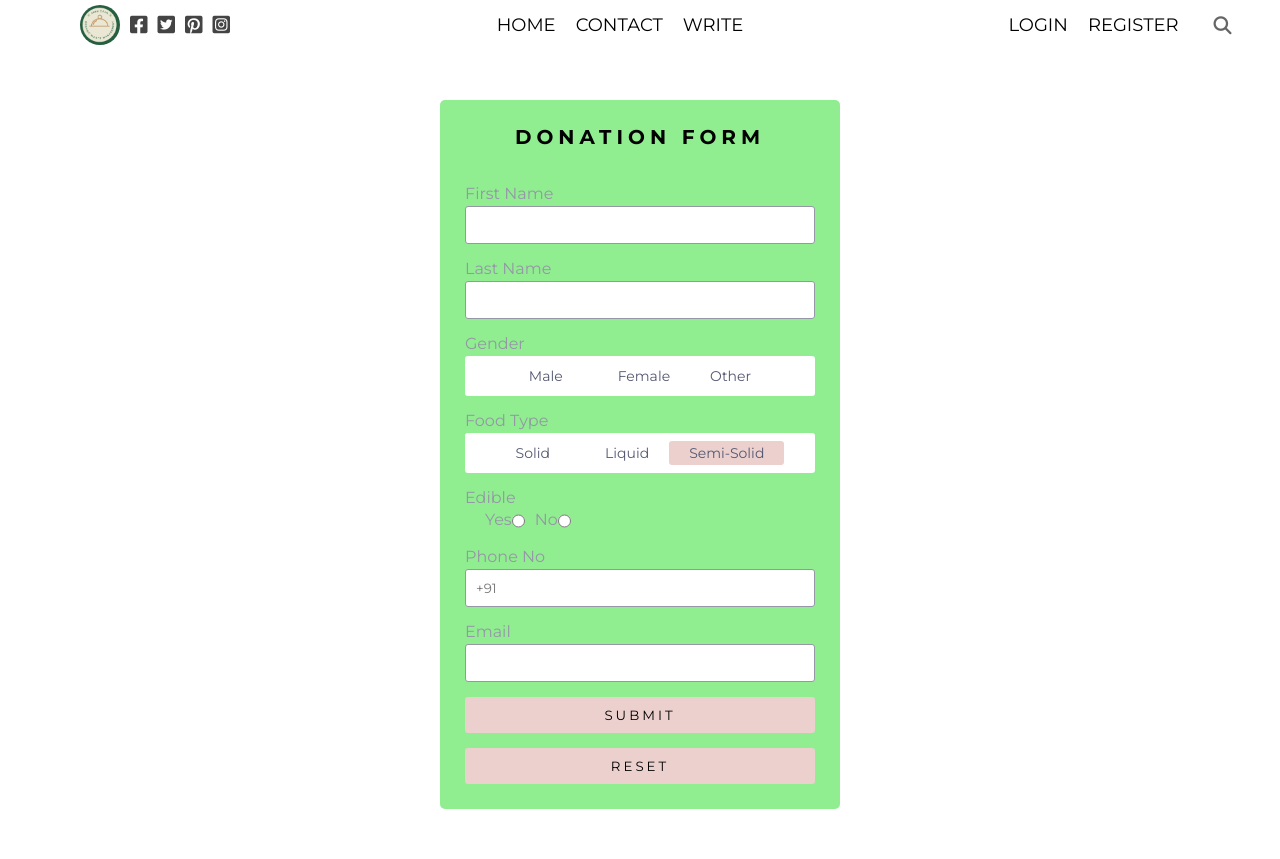
Repository: blsnabrhm/anna-daan
Page: /contact (app in client/)
These files come from the project's save history. The page is drawn as it stood at one moment and after the next save; the edit follows.
The browser window is 1280 px wide. The pictures show the whole page.
Some web libraries are served in a nearby version. The project was rebuilt for these pictures with package versions that can differ from the ones it lists, and the page was loaded fresh each time. Also part of the build but not shown: client/src/components/header/header.css, client/src/components/header/Header.jsx, client/src/components/posts/posts.css, client/src/components/posts/Posts.jsx, client/src/components/sidebar/sidebar.css, client/src/components/sidebar/SideBar.jsx, client/src/pages/home/home.css, client/src/pages/home/Home.jsx and 13 more. Imported but missing from the stored project, and not drawn on this page: client/src/components/post/Post.

Above is the page before, as saved 2022-04-22 08:31:35.

### client/public/index.html
<!DOCTYPE html>
<html lang="en">
  <head>
    <meta charset="utf-8" />
    <link rel="icon" href="%PUBLIC_URL%/favicon.ico" />
    <meta name="viewport" content="width=device-width, initial-scale=1" />
    <meta name="theme-color" content="#000000" />
    <meta
      name="description"
      content="Web site created using create-react-app"
    />
    <link rel="preconnect" href="https://fonts.googleapis.com">
    <link rel="preconnect" href="https://fonts.gstatic.com" crossorigin>
    <link href="https://fonts.googleapis.com/css2?family=Josefin+Sans:wght@100;200;300;400;500;600;700&family=Lora:ital@0;1&family=Varela&family=Varela+Round&display=swap" rel="stylesheet">
    <link rel="stylesheet" href="https://cdnjs.cloudflare.com/ajax/libs/font-awesome/6.1.1/css/all.min.css" integrity="sha512-KfkfwYDsLkIlwQp6LFnl8zNdLGxu9YAA1QvwINks4PhcElQSvqcyVLLD9aMhXd13uQjoXtEKNosOWaZqXgel0g==" crossorigin="anonymous" referrerpolicy="no-referrer" />
    <style>*{
      margin: 0;
    }</style>
    <style>
      .link {
        text-decoration: none;
        color: inherit;
      }
    </style>
    <title>Anna Daan</title>
  </head>
  <body>
    <noscript>You need to enable JavaScript to run this app.</noscript>
    <div id="root"></div>

  </body>
</html>

### client/src/index.js
import React from 'react';
import ReactDOM from 'react-dom/client';
import App from './App';
import { ContextProvider } from './context/Context';

const root = ReactDOM.createRoot(document.getElementById('root'));
root.render(
  <React.StrictMode>
    <ContextProvider>
    <App />
    </ContextProvider>
  </React.StrictMode>
);

### client/src/App.js
import Home from "./pages/home/Home";
import TopBar from "./components/topbar/TopBar";
import Single from "./pages/single/Single";
import Write from "./pages/write/Write";
import Settings from "./pages/settings/Settings";
import Login from "./pages/login/Login";
import Register from "./pages/register/Register";
import Contact from "./pages/contact/Contact";
import { BrowserRouter as Router, Switch, Route, Link } from "react-router-dom";
import { useContext } from "react";
import { Context } from "./context/Context";

function App() {
  const { user } = useContext(Context);
  return (
    <Router>
      <TopBar />
      <Switch>
        <Route exact path="/">
          <Home />
        </Route>
        <Route path="/register">{user ? <Home /> : <Register />}</Route>
        <Route path="/login">{user ? <Home /> : <Login />}</Route>
        <Route path="/Contact">{user ? <Contact />: <Contact/> }</Route>
        <Route path="/write">{user ? <Write /> : <Register />}</Route>
        <Route path="/settings">{user ? <Settings /> : <Register />}</Route>
        <Route path="/post/:postId">
          <Single />
        </Route>
      </Switch>
    </Router>
  );
}

export default App;

### client/src/context/Context.js
import { createContext, useEffect, useReducer } from "react";
import Reducer from "./Reducer";

const INITIAL_STATE = {
  user: JSON.parse(localStorage.getItem("user")) || null,
  isFetching: false,
  error: false,
};

export const Context = createContext(INITIAL_STATE);

export const ContextProvider = ({ children }) => {
  const [state, dispatch] = useReducer(Reducer, INITIAL_STATE);

  useEffect(() => {
    localStorage.setItem("user", JSON.stringify(state.user));
  }, [state.user]);

  return (
    <Context.Provider
      value={{
        user: state.user,
        isFetching: state.isFetching,
        error: state.error,
        dispatch,
      }}
    >
      {children}
    </Context.Provider>
  );
};

### client/src/components/topbar/TopBar.jsx
import { useContext } from "react";
import { Link } from "react-router-dom";
import { Context } from "../../context/Context";
import "./topbar.css";

export default function TopBar() {
  const { user, dispatch } = useContext(Context);
  const PF = "http://localhost:3000/images/"

  const handleLogout = () => {
    dispatch({ type: "LOGOUT" });
  };
  return (
    <div className="top">
      <div className="topLeft">
        <img className="topImg topLogo" src={require('../../assets/Anna_Daan.png')} alt="" />
        <i className="topIcon fab fa-facebook-square"></i>
        <i className="topIcon fab fa-twitter-square"></i>
        <i className="topIcon fab fa-pinterest-square"></i>
        <i className="topIcon fab fa-instagram-square"></i>
      </div>
      <div className="topCenter">
        <ul className="topList">
          <li className="topListItem">
            <Link className="link" to="/" >
              HOME
            </Link>
          </li>
          <li className="topListItem">
            <Link className="link" to="/contact" >
              CONTACT
            </Link>
          </li>
          <li className="topListItem">
            <Link className="link" to="/write">
              WRITE
            </Link>
          </li>
          <li className="topListItem" onClick={handleLogout}>
            {user && "LOGOUT"}
          </li>
        </ul>
      </div>
      <div className="topRight">
        {user ? (
          <Link to="/settings">
            <img className="topImg" src={PF+user.profilePic} alt="" />
          </Link>
        ) : (
          <ul className="topList">
            <li className="topListItem">
              <Link className="link" to="/login" >
                LOGIN
              </Link>
            </li>
            <li className="topListItem">
              <Link className="link" to="/register">
                REGISTER
              </Link>
            </li>
          </ul>
        )}
        <i className="topSearchIcon fas fa-search"></i>
      </div>
    </div>
  );
}

### client/src/pages/contact/Contact.jsx
import './contact.css'

export default function Contact() {
    return (
    <div className='contact'>
        <div class="registration_form">
		<div class="title">
			Donation Form
		</div>

		<form>
			<div class="form_wrap">
                <div className="input_wrap">
					<label for="fname">First Name</label>
					<input type="text" id="email"/>
				</div>
				<div className="input_wrap">
					<label for="lname">Last Name</label>
					<input type="text" id="email"/>
				</div>
                <div >

                </div>
				<div className="input_wrap">
					<label>Gender</label>
					<ul>
						<li>
							<label className="radio_wrap">
								<input type="radio" name="gender" value="male" className="input_radio" checked/>
								<span>Male</span>
							</label>
						</li>
						<li>
							<label className="radio_wrap">
								<input type="radio" name="gender" value="female" className="input_radio"/>
								<span>Female</span>
							</label>
						</li>
                        <li>
							<label className="radio_wrap">
								<input type="radio" name="gender" value="male" className="input_radio" checked/>
								<span>Other</span>
							</label>
						</li>
					</ul>
				</div>
                <div className="input_wrap">
					<label>Food Type</label>
					<ul>
						<li>
							<label className="radio_wrap">
								<input type="radio" name="gender" value="male" className="input_radio" checked/>
								<span>Solid</span>
							</label>
						</li>
						<li>
							<label className="radio_wrap">
								<input type="radio" name="gender" value="female" className="input_radio"/>
								<span>Liquid</span>
							</label>
						</li>
                        <li>
							<label className="radio_wrap">
								<input type="radio" name="gender" value="male" className="input_radio" checked/>
								<span>Semi-Solid</span>
							</label>
						</li>
					</ul>
				</div>
        <div className="input_wrap">
            <label for="edible">Edible</label>
            <div className='edible'>
            <label className='edible' for="edible">Yes</label>
            <input type="radio" id="y" name='edible'/>
            <label className='edible' for="edible">No</label>
            <input type="radio" id="n" name='edible'/>
            </div>
        </div>
				<div className="input_wrap">
					<label for="city">Phone No</label>
					<input type="tel" id="city" placeholder="+91"/>
				</div>
				<div className="input_wrap">
					<label for="country">Email</label>
					<input type="text" id="country"/>
				</div>
				<div className="input_wrap">
					<input type="submit" value="Submit" className="submit_btn"/>
				</div>
        <div className="input_wrap">
					<input type="submit" value="Reset" className="submit_btn"/>
				</div>
			</div>
		</form>
	</div>
    </div>
    )
}

### client/src/context/Reducer.js
const Reducer = (state, action) => {
  switch (action.type) {
    case "LOGIN_START":
      return {
        user: null,
        isFetching: true,
        error: false,
      };
    case "LOGIN_SUCCESS":
      return {
        user: action.payload,
        isFetching: false,
        error: false,
      };
    case "LOGIN_FAILURE":
      return {
        user: null,
        isFetching: false,
        error: true,
      };
      case "UPDATE_START":
        return {
          ...state,
          isFetching:true
        };
      case "UPDATE_SUCCESS":
        return {
          user: action.payload,
          isFetching: false,
          error: false,
        };
      case "UPDATE_FAILURE":
        return {
          user: state.user,
          isFetching: false,
          error: true,
        };
    case "LOGOUT":
      return {
        user: null,
        isFetching: false,
        error: false,
      };
    default:
      return state;
  }
};

export default Reducer;

### client/src/components/topbar/topbar.css
.top {
    width: 100%;
    height: 50px;
    background-color: white;
    position: sticky;
    top: 0;
    display: flex;
    align-items: center;
    font-family: "Josefin Sans", sans-serif;
    z-index: 999;
  }

  .topLeft,
  .topRight {
    flex: 3;
    display: flex;
    align-items: center;
    justify-content: center;
  }

  .topCenter {
    flex: 6;
  }

  .topLogo {
    margin-right: 10px;
  }

  .topIcon {
    font-size: 20px;
    margin-right: 10px;
    color: #444;
    cursor: pointer;
  }

  .topImg {
    width: 40px;
    height: 40px;
    border-radius: 50%;
    object-fit: cover;
    cursor: pointer;
  }

  .topList {
    display: flex;
    justify-content: center;
    margin: 0;
    padding: 0;
    list-style: none;
  }

  .topListItem {
    margin-right: 20px;
    font-size: 18px;
    font-weight: 300;
    cursor: pointer;
  }

  .topSearchIcon {
    font-size: 18px;
    color: #666;
    cursor: pointer;
    margin-left: 15px;
  }

### client/src/pages/contact/contact.css
@import url('https://fonts.googleapis.com/css2?family=Montserrat:wght@400;700&display=swap');

*{
	margin: 0;
	padding: 0;
	box-sizing: border-box;
	list-style: none;
	font-family: 'Montserrat', sans-serif;
}

.contact {
    display: flex;
    align-items: center;
    justify-content: center;
    margin: 50px 0;
}

.edible {
    display: flex;
    flex-wrap: wrap;
    margin-left: 10px;
}

.wrapper{
	min-height: 100vh;
	display: flex;
	justify-content: center;
	align-items: center;
}

.registration_form{
	background: lightgreen;
	padding: 25px;
	border-radius: 5px;
	width: 400px;
}

.registration_form .title{
	text-align: center;
	font-size: 20px;
	text-transform: uppercase;
	color: #000000;
	letter-spacing: 5px;
	font-weight: 700;
}

.form_wrap{
	margin-top: 35px;
}

.form_wrap .input_wrap{
	margin-bottom: 15px;
}

.form_wrap .input_wrap:last-child{
	margin-bottom: 0;
}

.form_wrap .input_wrap label{
	display: block;
	margin-bottom: 3px;
	color: #9597a6;
}
.form_wrap .input_grp  input[type="text"] ,input[type="number"]{
	width: 165px;
}

.form_wrap  input[type="text"], input[type="number"], input[type="tel"]{
	width: 100%;
	border-radius: 3px;
	border: 1px solid #9597a6;
	padding: 10px;
	outline: none;
}

.form_wrap  input[type="text"]:focus{
	border-color: #ebd0ce;
}

.form_wrap ul{
	background: #fff;
	padding: 8px 10px;
	border-radius: 3px;
	display: flex;
	justify-content: center;
}

.form_wrap ul li:first-child{
	margin-right: 15px;
}
.form_wrap ul .radio_wrap{
	position: relative;
	margin-bottom: 0;
}

.form_wrap ul .radio_wrap .input_radio{
	position: absolute;
	top: 0;
	right: 0;
	opacity: 0;
}

.form_wrap ul .radio_wrap span{
	display: inline-block;
	font-size: 14px;
	padding: 3px 20px;
	border-radius: 3px;
	color: #545871;
}

.form_wrap .input_radio:checked ~ span{
	background: #ebd0ce;
}

.form_wrap .submit_btn{
	width: 100%;
	background: #ebd0ce;
	padding: 10px;
	border: 0;
	border-radius: 3px;
	text-transform: uppercase;
	letter-spacing: 3px;
	cursor: pointer;
}

.form_wrap .submit_btn:hover{
	background: #ffd5d2;
}

After the next save:
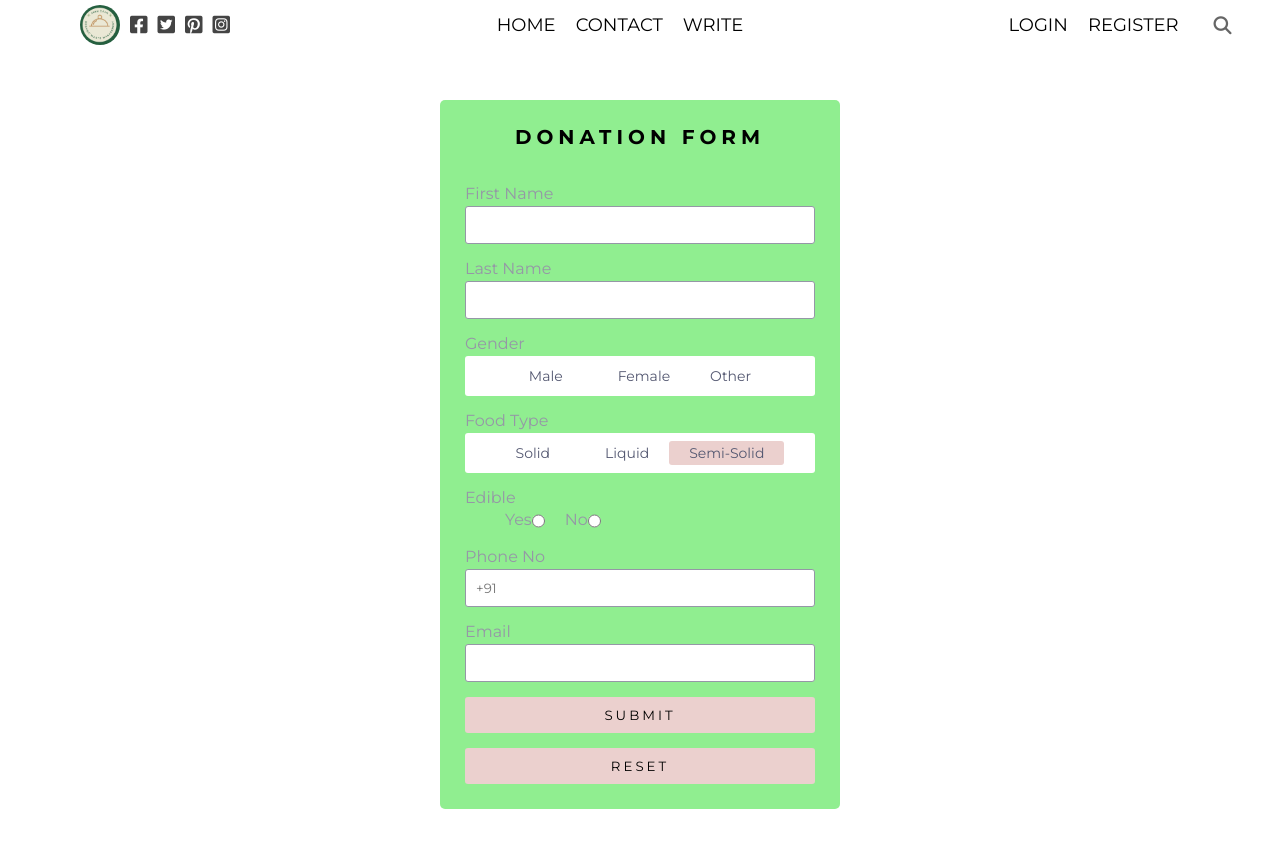
Saved 5 s later.
--- a/client/src/pages/contact/contact.css
+++ b/client/src/pages/contact/contact.css
@@ -18,7 +18,7 @@
 .edible {
     display: flex;
     flex-wrap: wrap;
-    margin-left: 10px;
+    margin-left: 20px;
 }
 
 .wrapper{
